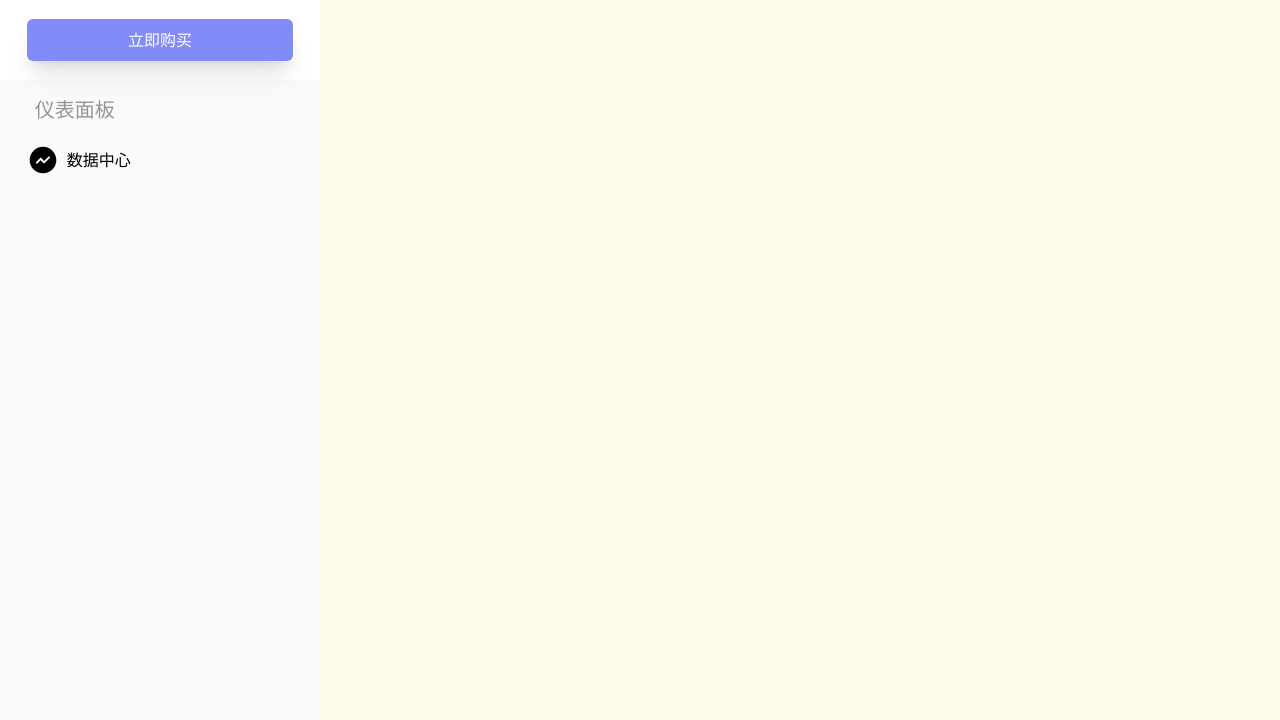
Repository: LiuRuohui/useWater
Page: /
These files come from the project's save history. The page is drawn as it stood at one moment and after the next save; the edit follows.
The browser window is 1280 px wide. The pictures show the whole page.
The project was rebuilt for these pictures with package versions that can differ from the ones it lists, and the page was loaded fresh each time. Also part of the build but not shown: vite.config.js.

Above is the page before, as saved 2022-04-06 09:15:32.

### src/App.vue
<script setup>
import HelloWorld1 from './components/HelloWorld.vue';
</script>

<template>
  <HelloWorld1></HelloWorld1>
</template>

<style>
</style>

### src/index.css
@tailwind base;
@tailwind components;
.inputFrame {
    @apply appearance-none rounded-none relative block w-full px-3 py-2 border border-gray-300 placeholder-gray-500 text-gray-900
}

.inputFrame:focus {
    @apply outline-none border-indigo-500 z-10 inline-block px-5 py-3 rounded-lg shadow-lg
}

.btn {
    @apply relative flex w-full justify-center py-2 border border-transparent font-medium rounded-md text-white bg-indigo-400
}

.btn:hover {
    @apply bg-indigo-500
}

.btn:focus {
    @apply outline-none ring-2 ring-offset-2 ring-indigo-400
}

@tailwind utilities;

### src/components/HelloWorld.vue
<script setup>

</script>

<template>
<div class="w-full h-screen flex flex-row">
  <div class="w-1/4 h-screen justify-center items-center flex flex-col">
    <div class="w-full h-20 justify-center items-center flex">
        <div class="w-5/6">
            <button class="btn text-white justify-center items-center shadow-xl">立即购买</button>
        </div>
    </div>
    <div class="w-full flex flex-grow bg-gray-50 justify-center">
        <div class="w-5/6 pt-4 flex flex-col">
            <div class="h-8 text-xl opacity-40 pl-2">仪表面板</div>
            <div class="mt-4 flex flex-grow">
                <div class="flex flex-row">
                  <img src="../assets/数据.svg" alt="" class="h-8">
                  <div class="pl-2 pt-1">数据中心</div>
                </div>
            </div>
        </div>
    </div>
  </div>
  <div class="flex flex-grow bg-yellow-50">

  </div>
</div>
</template>

<style scoped>

</style>

### tailwind.config.js
module.exports = {
    content: [
        "./index.html",
        "./src/**/*.{vue,js,ts,jsx,tsx}",
    ],
    theme: {
        extend: {},
    },
    variants: {
        backgroundColor: ['responsive', 'hover', 'focus', 'active']
    },
    plugins: [],
}

Loaded but not shown: index.html (common file); src/main.js (common file)

After the next save:
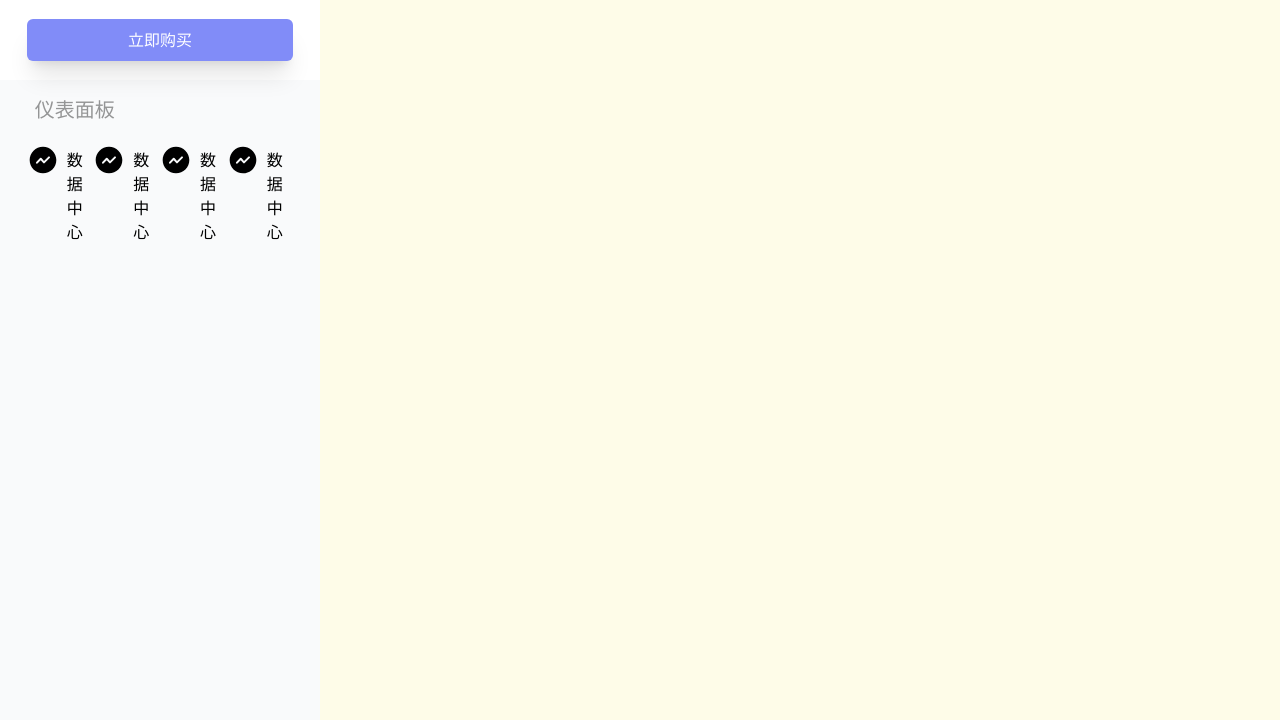
Saved 34 s later.
--- a/src/components/HelloWorld.vue
+++ b/src/components/HelloWorld.vue
@@ -18,6 +18,18 @@
                   <img src="../assets/数据.svg" alt="" class="h-8">
                   <div class="pl-2 pt-1">数据中心</div>
                 </div>
+                <div class="flex flex-row">
+                  <img src="../assets/数据.svg" alt="" class="h-8">
+                  <div class="pl-2 pt-1">数据中心</div>
+                </div>
+                <div class="flex flex-row">
+                  <img src="../assets/数据.svg" alt="" class="h-8">
+                  <div class="pl-2 pt-1">数据中心</div>
+                </div>
+                <div class="flex flex-row">
+                  <img src="../assets/数据.svg" alt="" class="h-8">
+                  <div class="pl-2 pt-1">数据中心</div>
+                </div>
             </div>
         </div>
     </div>
